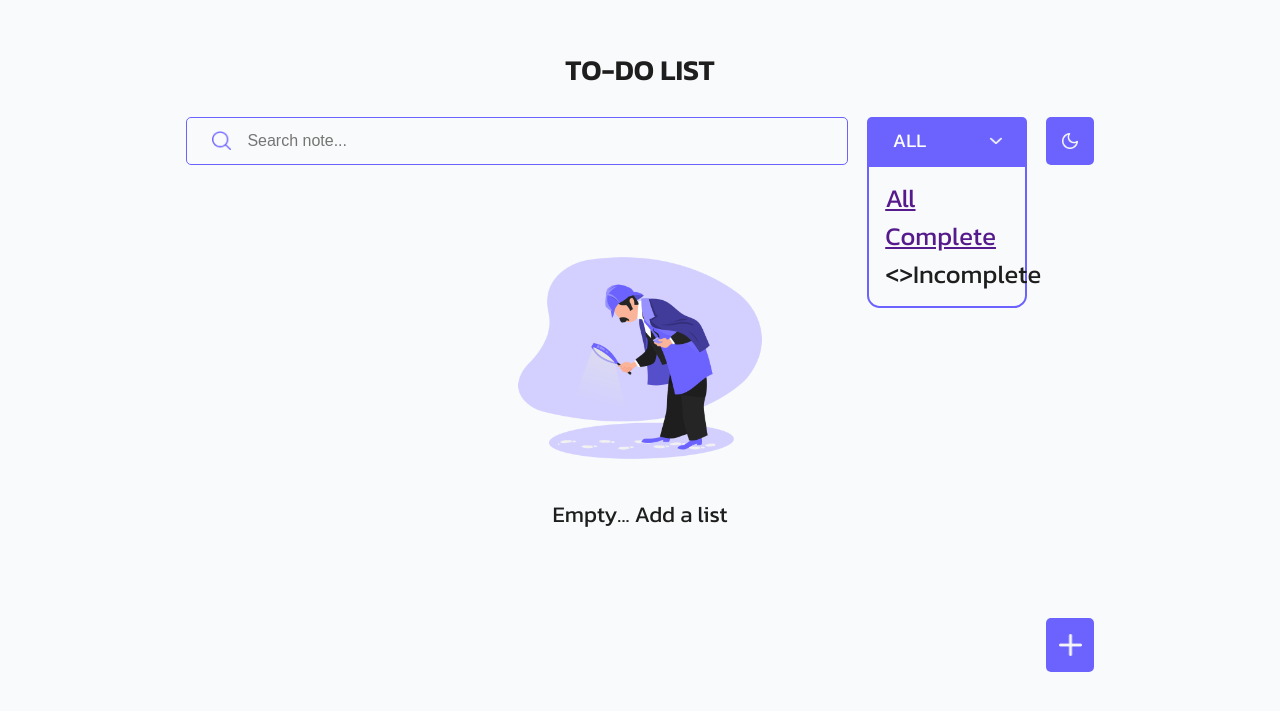
Repository: Marykeje/To-do-list
Page: index.html
The author's editor kept a copy of each file at every save. The page is drawn from the files as they stood at one save, then again after a run of saves.
The browser window is 1280 px wide. The pictures show the whole page.
The style sheet was rebuilt from its Sass, Less or Tailwind sources for each picture, by a compiler version that may differ from the author's.

Above is the page before, as saved 2025-12-03 12:37:14.

### index.html
<!DOCTYPE html>
<html lang="en">
  <head>
    <meta charset="UTF-8" />
    <meta name="viewport" content="width=device-width, initial-scale=1.0" />
    <title>To-do-list</title>

    <link rel="stylesheet" href="./css/style.css" />
  </head>
  <body>
    <div class="to-do container">
      <div class="header">
        <h1 class="header__title">To-do List</h1>
        <div class="header__heading-info">
          <div class="header__search">
            <img src="./img/search-icon.png" alt="search-icon" />
            <input type="text" placeholder="Search note..." />
          </div>
          <div class="header__btns">
            <div class="header__all-select">
              <div class="header__select-part">
                <p>ALL</p>
                <img src="./img/chevron-top.png" alt="" />
              </div>
              <div class="header__all-dropdown">
                <a href="">All</a>
                <a href="">Complete</a>
                <>Incomplete</>
              </div>
            </div>
            <div class="header__mode-btn">
              <img src="./img/mode-icon.png" alt="" />
            </div>
          </div>
        </div>
      </div>
      <div class="empty">
        <img src="./img/empty-icon.png" alt="" />
        <p>Empty... Add a list</p>
      </div>
      <div class="add-list">
        <div class="add-list__list-item">
          <div class="add-list__lists">
            <div class="add-list__list-check">
              <div>
                <input type="checkbox" />
              </div>
              <p>NOTE 1</p>
            </div>
            <div class="add-list__edit-icons">
              <img src="./img/edit-icon.svg" alt="" />
              <img src="./img/delete-icon.svg" alt="" />
            </div>
          </div>
          <div class="add-list__lists">
            <div class="add-list__list-check">
              <div>
                <input type="checkbox" />
              </div>
              <p>NOTE 2</p>
            </div>
            <div class="add-list__edit-icons">
              <img src="./img/edit-icon.svg" alt="" />
              <img src="./img/delete-icon.svg" alt="" />
            </div>
          </div>
          <div class="add-list__lists">
            <div class="add-list__list-check">
              <label class="check">
                <input type="checkbox" id="my-check" />
                <span class="check__checkmark"></span>
              </label>
              <p>NOTE 3</p>
            </div>
            <div class="add-list__edit-icons">
              <img src="./img/edit-icon.svg" alt="" />
              <img src="./img/delete-icon.svg" alt="" />
            </div>
          </div>
        </div>
      </div>
      <div class="add-icon" id="add-btn" onclick="openModal()">
        <img src="./img/plus-icon.png" alt="" />
      </div>
    </div>

    <!-- for add list pop up -->
    <div class="modal" id="modal">
      <div class="modal__heading">
        <h4>New note</h4>
        <div class="header__search">
          <input type="text" placeholder="Input your note" />
        </div>
      </div>
      <div class="btns">
        <button class="btns__cancel" id="cancel-modal" onclick="closeModal()">
          Cancel
        </button>
        <button class="btns__apply" id="apply">Apply</button>
      </div>
    </div>
    <div class="overlay hidden" id="closeOverlay"></div>

    <script src="./js/script.js"></script>
  </body>
</html>

### js/script.js
function cancel() {}

// getting the elements
// let cancel = (document.getElementById("cancel").style.display = "none");

// let open = document.getElementById("add");
// let modal = document.getElementByIdby("openModal");
// let cancelModal = document.getElementById("cancelModal");

// when button is opened
// modal.addEventListener("click", () => {
// open.style.display = ""
// modal.style.display = "block"; // show modal
// });

// const openModal = function () {
// console.log("Button clicked");
// modal.classList.add("open"); //gives the list of css class in the element
// };

function openModal() {
  const clickOpen = document.getElementById("add-btn");
  const modal = document.getElementById("modal");
  const overlay = document.getElementById("closeOverlay");

  // const closeModal = document.getElementById("cancelModal");

  clickOpen.style.display = "block";
  modal.style.display = "block";
  overlay.style.display = "block";
  // closeModal.style.display.hidden = "";

  // console.log(modal.style.display)
}

// openModal()
// for the close modal
function closeModal() {
  const closeModal = document.getElementById("cancel-modal");
  const modal = document.getElementById("modal");
  const overlay = document.getElementById("closeOverlay");

  closeModal.style.display = "block";
  modal.style.display = "none";
  overlay.style.display = "none";
}

### sass/main.scss
@import "./pages/style.scss";

### sass/pages/style.scss
/* Inter Font Import */
@import url("https://fonts.googleapis.com/css2?family=Inter:ital,opsz,wght@0,14..32,100..900;1,14..32,100..900&display=swap");

//  for roboto font
@import url("https://fonts.googleapis.com/css2?family=Montserrat:ital,wght@0,100..900;1,100..900&family=Roboto:ital,wght@0,100..900;1,100..900&display=swap");
// Kanit
@import url("https://fonts.googleapis.com/css2?family=Kanit:ital,wght@0,300;0,400;0,500;0,600;0,700;1,300;1,400;1,500;1,600;1,700&display=swap");

* {
  margin: 0;
  padding: 0;
  box-sizing: border-box;
}

.html {
  font-size: 50%;
}

body {
  font-size: 1.6rem;
  // font-weight: 500;
  font-family: "Kanit", sans-serif;
  background-color: #f9fafb;
  color: #1e1e1e;
}

.container {
  max-width: 60rem;
  margin: auto;
  padding: 3rem 1.6rem;
  height: 100vh;
}

.to-do {
  display: flex;
  flex-direction: column;
  gap: 2.4rem;
}

.header {
  display: flex;
  flex-direction: column;
  gap: 1.6rem;

  @media (max-width: 650px) {
    gap: 1.2rem;
  }

  &__title {
    font-size: 1.8rem;
    font-weight: 600;
    text-align: center;
    text-transform: uppercase;

    @media (max-width: 550px) {
      font-size: 1.4rem;
    }
  }

  &__heading-info {
    display: flex;
    align-items: center;
    gap: 1.2rem;

    @media (max-width: 550px) {
      // gap: 1rem;
      flex-wrap: wrap;
    }
  }

  &__search {
    padding: 0.8rem 1.6rem;
    border: 1px solid #6c63ff;
    border-radius: 5px;

    display: flex;
    align-items: center;
    gap: 1rem;

    width: 100%;
    height: 3rem;

    @media (max-width: 450px) {
      padding: 5px 0.8rem;
      height: 3rem;
    }

    @media (max-width: 350px) {
      height: 2rem;
    }

    & img {
      display: block;
      width: 1.2rem;
    }

    &::placeholder {
      font-family: "Inter", sans-serif;
    }
  }

  &__btns {
    display: flex;
    align-items: center;
    gap: 1.2rem;

    @media (max-width: 550px) {
      gap: 0.8rem;
    }
  }

  &__all-select {
    position: relative;
  }

  &__select-part {
    display: flex;
    align-items: center;
    justify-content: space-between;
    gap: 1.4rem;

    padding: 1rem 1.6rem;
    height: 3rem;
    width: 10rem;

    font-size: 1.2rem;
    background-color: #6c63ff;
    color: #ffffff;
    border-top-left-radius: 5px;
    border-top-right-radius: 5px;

    @media (max-width: 550px) {
      height: 2.5rem;
    }

    & img {
      display: block;
      width: 0.8rem;
    }
  }

  &__all-dropdown {
    position: absolute;
    padding: 0.8rem 1rem;
    width: 10rem;

    border: 2px solid #6c63ff;
    border-bottom-left-radius: 0.8rem;
    border-bottom-right-radius: 0.8rem;

    & p {
      color: #6c63ff;
      font-size: 1.4rem;
      cursor: pointer;

      padding: 4px 0rem;

      &:hover {
        background-color: rgb(189, 186, 253);
      }
    }
  }

  &__mode-btn {
    background-color: #6c63ff;
    color: #ffffff;
    border-radius: 5px;
    cursor: pointer;

    padding: 1rem;
    height: 3rem;
    width: 3rem;

    display: flex;
    justify-content: center;

    @media (max-width: 550px) {
      height: 2.5rem;
      padding: 0.8rem;
    }

    & img {
      display: block;
      width: 1.4rem;

      @media (max-width: 550px) {
        width: 1.2rem;
      }
    }
  }
}

.empty {
  display: flex;
  flex-direction: column;
  align-items: center;
  justify-content: center;
  gap: 2rem;

  height: 60vh;

  @media (max-width: 550px) {
    height: 55vh;
  }

  & img {
    display: block;
    width: 17rem;

    @media (max-width: 550px) {
      width: 12rem;
    }
  }

  & p {
    font-size: 1.4rem;

    @media (max-width: 550px) {
      font-size: 1rem;
    }
  }
}

.add-list {
  display: flex;
  flex-direction: column;
  gap: 2.4rem;

  font-family: "inter", sans-serif;

  padding: 0rem 7rem;
  height: 60vh;

  display: none;

  &__lists {
    padding: 1rem;
    border-bottom: 1px solid #6c63ff;

    display: flex;
    justify-content: space-between;
  }

  &__list-check {
    display: flex;
    align-items: center;
    gap: 1.2rem;

    & p {
      font-weight: 600;
    }
  }

  &__edit-icon {
    display: flex;
    align-items: center;
    gap: 1.2rem;

    & img {
      display: block;
      width: 1.8rem;
      color: #cdcdcd;
    }
  }
}

.add-icon {
  background-color: #6c63ff;
  color: #ffffff;
  border-radius: 5px;
  cursor: pointer;

  padding: 1rem;
  margin-left: auto;
  width: 3rem;

  display: flex;
  justify-content: center;

  @media (max-width: 550px) {
    height: 2.5rem;
    padding: 0.8rem;
  }

  & img {
    display: block;
    width: 1.4rem;

    @media (max-width: 550px) {
      width: 1.2rem;
    }
  }
}

input {
  width: 100%;
  border: none;
  font-size: 1rem;

  background: transparent;

  &:focus {
    outline: none;
  }

  &::placeholder {
    @media (max-width: 350px) {
      font-size: 0.8rem;
    }
  }
}

.check {
  display: block;
  position: relative;
  padding-left: 2rem;
  cursor: pointer;
  font-size: 1.6rem;
  user-select: none; /* prevent text selection*/

  // input[type="checkbox"] {
  // position: absolute;
  // opacity: 0; /* hides the actual result*/
  // height: 0;
  // width: 0;
  // -webkit-appearance: none;
  // }

  &__checkmark {
    position: absolute;
    top: 0;
    left: 0;
    height: 2rem;
    width: 2rem;
    // background-color: #fff;
    border: 1px solid #6c63ff;
    border-radius: 5px;

    & ::after {
      content: "";
      position: absolute;
      display: none;
      left: 0.9prem;
      top: 5px;
      height: 1rem;
      border: #ffffff;
      // border-width: 0 3px 3px 0;
      // transform: rotate(45deg);
    }

    input[type="checkbox"]:checked {
      background-color: #6c63ff;
      border: none;

      display: none;
    }
  }
}

// modal style
.overlay {
  position: fixed;
  top: 0;
  left: 0;
  width: 100vw;
  height: 100vh;
  background-color: rgba($color: #1a1a1a, $alpha: 0.8);
  cursor: pointer;
  z-index: 9999;

  &.hidden {
    display: none;
  }
}

.modal {
  position: fixed;
  left: 50%;
  top: 35%;
  z-index: 99999;

  width: 40rem;
  max-width: 90dvw;
  // height: 100dvh;
  // transform: translateX(100%);
  transform: translate(-50%, -50%);

  background-color: #ffffff;
  border-radius: 1.6rem;

  // transition: all 0.3s ease-out;

  padding: 2.4rem;

  display: flex;
  flex-direction: column;
  gap: 2rem;

  display: none;

  @media (max-width: 540px) {
    width: 30rem;
    padding: 1.8rem;
  }

  @media (max-width: 450px) {
    padding: 1rem 1.4rem;
  }

  @media (max-width: 350px) {
    top: initial;
    bottom: 0;
    right: 0;

    width: 100%;
    transform: translate(-50%, 0);
    border-bottom-left-radius: 0;
    border-bottom-right-radius: 0;

    padding: 1rem;
    // max-width: 100dvw;
  }

  .open {
    transform: translate(-50%, -50%) scale(1);
    pointer-events: all;
    overflow-y: auto;

    @media (max-width: 450px) {
      // transform: translate(0, 0);
    }
  }

  &__heading {
    height: 12rem;

    display: flex;
    flex-direction: column;
    align-items: center;
    gap: 1.4rem;

    @media (max-width: 540px) {
      gap: 1rem;
    }

    @media (max-width: 350px) {
      gap: 0.8rem;
    }

    & h4 {
      text-transform: uppercase;
      font-size: 1.4rem;

      @media (max-width: 350px) {
        font-size: 1.2rem;
      }
    }
  }
}

.btns {
  display: flex;
  justify-content: space-between;

  &__cancel {
    text-transform: uppercase;
    color: #6c63ff;
    font-weight: 700;
    background: none;
    border: 1.5px solid #6c63ff;
    border-radius: 5px;

    padding: 0.8rem 1.2rem;

    cursor: pointer;

    @media (max-width: 450px) {
      padding: 0.8rem 1rem;
      font-weight: 600;
    }

    @media (max-width: 350px) {
      padding: 5px 7px;
      font-weight: 500;
    }
  }

  &__apply {
    text-transform: uppercase;
    color: #ffffff;
    font-weight: 700;
    background: #6c63ff;
    border: none;
    border-radius: 5px;

    padding: 0.8rem 1.2rem;

    cursor: pointer;

    @media (max-width: 450px) {
      padding: 0.8rem 1rem;
      font-weight: 600;
    }

    @media (max-width: 350px) {
      padding: 5px 7px;
      font-weight: 500;
    }
  }
}

After the next 2 saves:
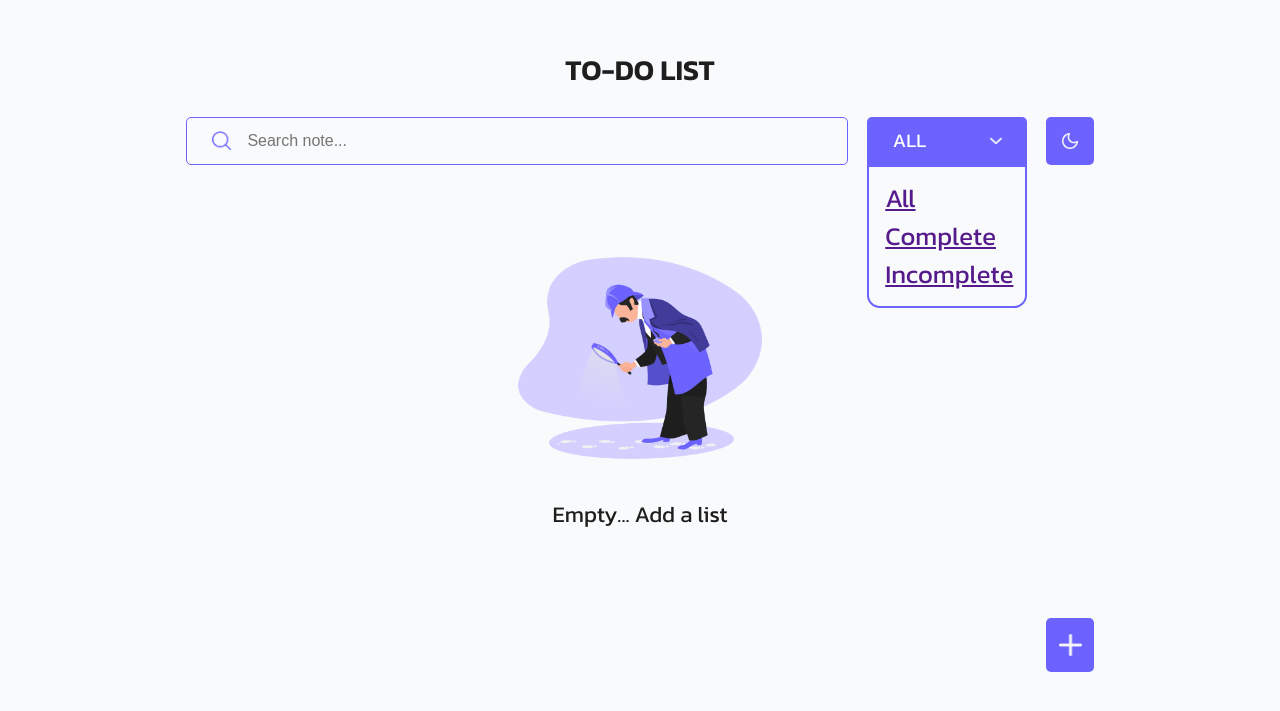
The 2 saves are shown as one change because they came seconds apart.
The last was saved 26 min 47 s later.
--- a/index.html
+++ b/index.html
@@ -25,7 +25,7 @@
               <div class="header__all-dropdown">
                 <a href="">All</a>
                 <a href="">Complete</a>
-                <>Incomplete</>
+                <a href="">Incomplete</a>
               </div>
             </div>
             <div class="header__mode-btn">
